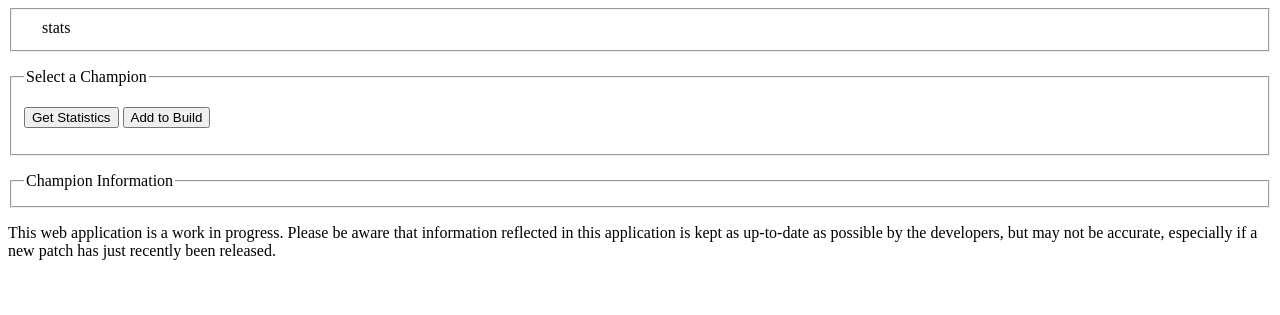
Repository: spencer-carver/lol-db
Page: LOLdb/war/index.html
The author's editor kept a copy of each file at every save. The page is drawn from the files as they stood at one save, then again after the next save.
The browser window is 1280 px wide. The pictures show the whole page.
The page's requests for data from a server got no answer. Some web libraries are served in a nearby version.

Above is the page before, as saved 2013-01-31 18:20:30.

After the next save:
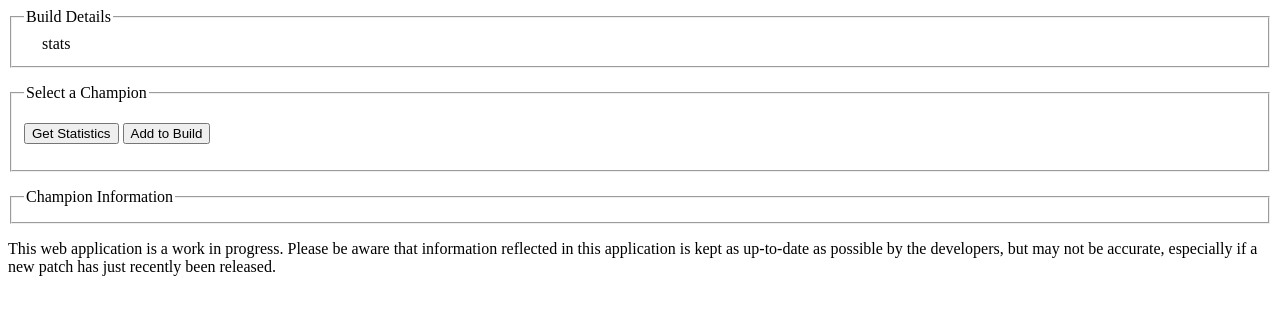
Saved 15 s later.
--- a/LOLdb/war/index.html
+++ b/LOLdb/war/index.html
@@ -17,6 +17,7 @@
 </head>
 <body>
 	<fieldset>
+		<legend>Build Details</legend>
 		<table>
 			<tr>
 				<td width="30%"><div id="champion_icon"></div></td>
